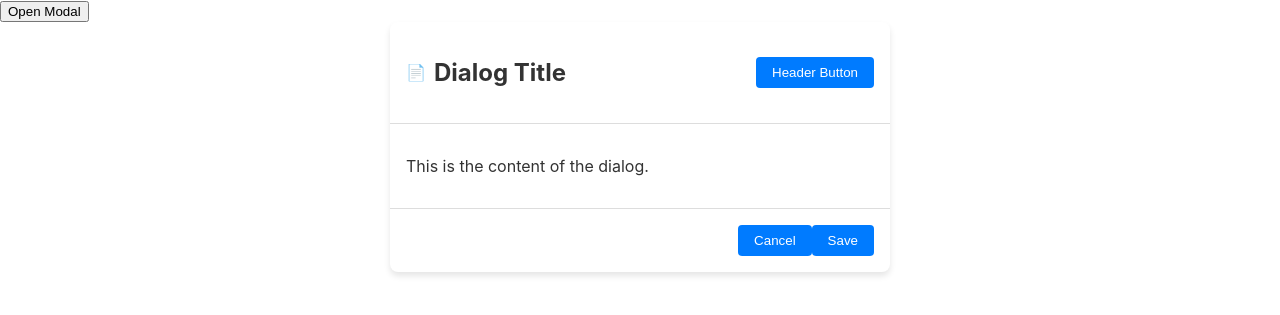
Repository: OliverKostic/dialog-app
Page: /, after clicking the first element matching `button`
These files come from the project's save history. The page is drawn as it stood at one moment and after the next save; the edit follows.
The browser window is 1280 px wide. The pictures show the whole page.
The project was rebuilt for these pictures with package versions that can differ from the ones it lists, and the page was loaded fresh each time.

Above is the page before, as saved 2024-11-28 12:05:23.

After the next save:
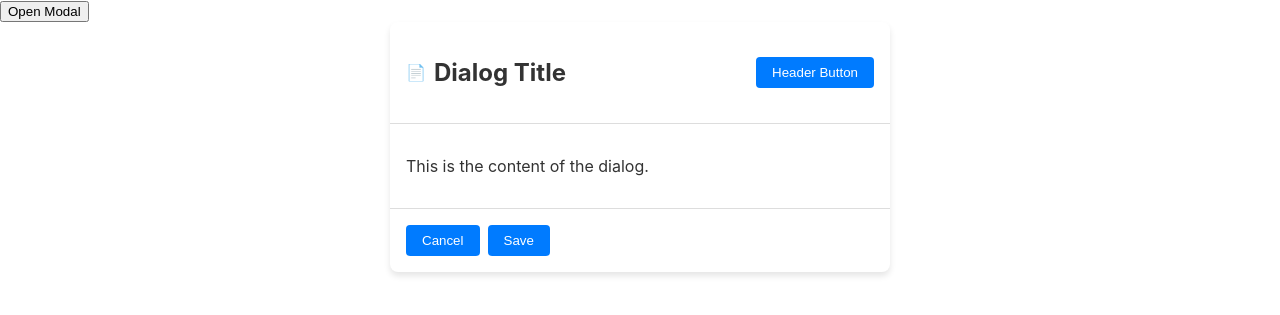
Saved 7 s later.
--- a/src/components/Modal/Modal.module.scss
+++ b/src/components/Modal/Modal.module.scss
@@ -47,12 +47,25 @@ $text-color: #333;
 
 // Footer
 .footer {
-  padding: 16px;
-  border-top: 1px solid #ddd;
-  display: flex;
-  justify-content: flex-end;
-  gap: 8px;
-}
+    display: flex;
+    flex-direction: column; /* Stack the description and buttons */
+    align-items: flex-start;
+    gap: 8px; /* Space between description and buttons */
+    padding: 16px;
+    border-top: 1px solid #ddd;
+
+    .description {
+      font-size: 14px;
+      color: #666; /* Optional: Add a lighter color for distinction */
+      margin-bottom: 4px; /* Space between description and buttons */
+    }
+
+    .buttons {
+      display: flex;
+      gap: 8px; /* Space between buttons */
+    }
+  }
+
 
 // Button
 .button {
